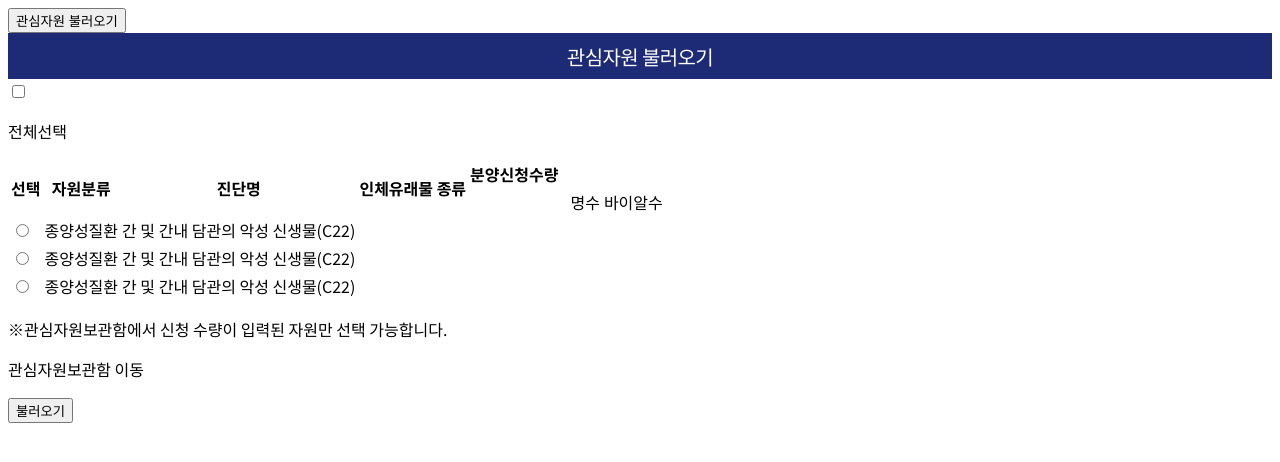
Repository: dlgywls1130/one_popup
Page: index.html
The author's editor kept a copy of each file at every save. The page is drawn from the files as they stood at one save, then again after the next save.
The browser window is 1280 px wide. The pictures show the whole page.

Above is the page before, as saved 2023-10-24 23:58:42.

After the next save:
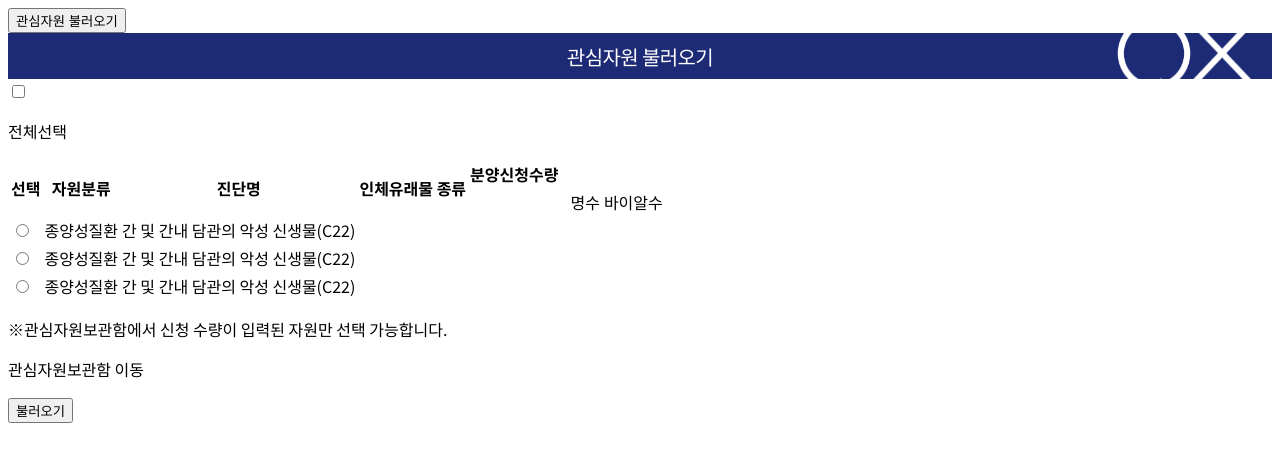
Saved 5 s later.
--- a/index.html
+++ b/index.html
@@ -14,8 +14,12 @@
         <div class="modal_head">
             <div class="modal_title">관심자원 불러오기</div>
             <div class="modal_right">
-                <div class="refresh"></div>
-                <div class="close"></div>
+                <div class="refresh">
+                    <img src="./img/reload.png">
+                </div>
+                <div class="close">
+                    <img src="./img/close.png">
+                </div>
             </div>
         </div>
         <div class="modal_body">
